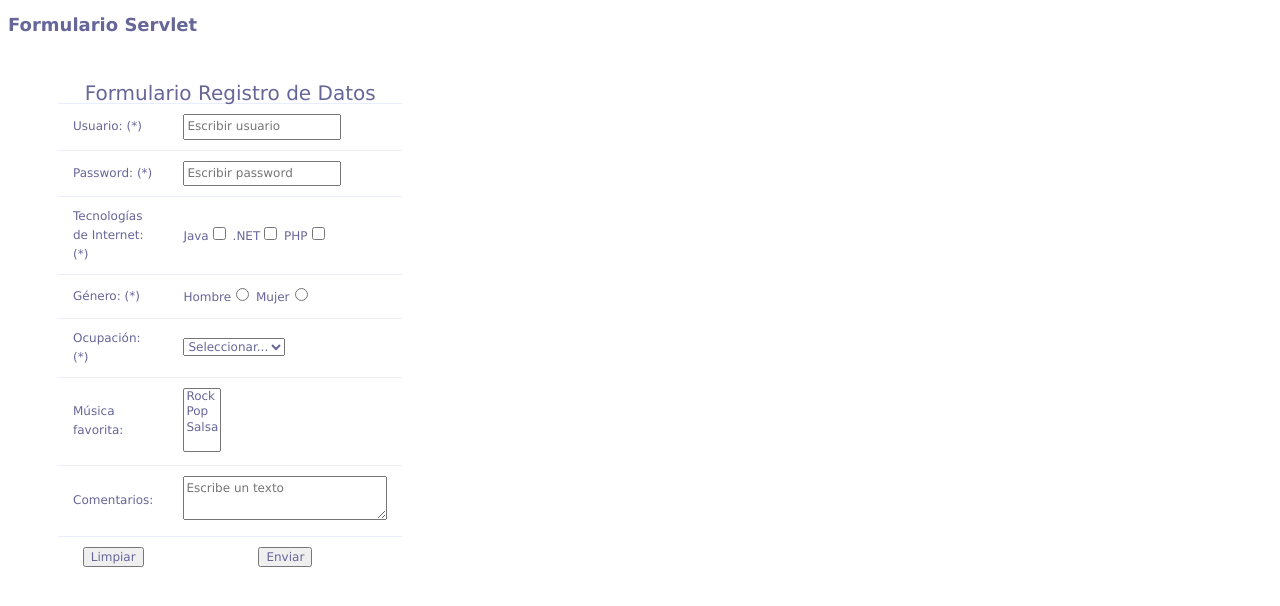
Repository: SRubiRosales/JavaBasico
Page: http://localhost/ManejoFormulariosHTML/
An editor plug-in stored every save of this project. The page is shown before and after the next save, followed by the edit.
The browser window is 1280 px wide. The pictures show the whole page.
The page is served by Tomcat 9.

Above is the page before, as saved 2022-04-25 22:44:34.

### ManejoFormulariosHTML/src/main/webapp/index.jsp
<!DOCTYPE html>
<html>
	<head>
		<title>Ejercicio Formulario</title>
		<meta http-equiv="Content-Type" content="text/html; charset=UTF-8">
		<link rel="stylesheet" type="text/css" href="resources/styles.css">
		<script type="text/javascript" src="resources/functions.js"></script>
	</head>
	<body>
		<h2>Formulario Servlet</h2>
		<form name="form1" action="servlet" method="POST" onSubmit="return validarForma(this)"><!-- El formulario responde al servlet del action -->
			<input type="hidden" name="oculto" value="valorOculto"></input>
			<table width="200" id="enfasis-columna">
				<caption>Formulario Registro de Datos</caption>
				<tr>
					<td class="columna">Usuario: (*)</td>
					<td>
						<input class="default" type="text" name="usuario" placeholder="Escribir usuario"></input>
					</td>
				</tr>
				<tr>
					<td class="columna">Password: (*)</td>
					<td>
						<input class="default" type="password" name="password" placeholder="Escribir password"></input>
					</td>
				</tr>
				<tr>
					<td class="columna">Tecnologías de Internet: (*)</td>
					<td>
						<span>Java<input type="checkbox" name="tecnologia" value="java"/></span>
						<span>.NET<input type="checkbox" name="tecnologia" value="net"/></span>
						<span>PHP<input type="checkbox" name="tecnologia" value="php"/></span>
					</td>
				</tr>
				<tr>
					<td class="columna">Género: (*)</td>
					<td>
						Hombre<input type="radio" name="genero" value="H"/>
						Mujer<input type="radio" name="genero" value="M"/>
					</td>
				</tr>
				<tr>
					<td class="columna">Ocupación: (*)</td>
					<td>
						<select name="ocupacion" class="default">
							<option value="">Seleccionar...</option>
							<option value="1">Profesor</option>
							<option value="2">Ingeniero</option>
							<option value="3">Jubilado</option>
							<option value="4">Otro</option>
						</select>
					</td>
				</tr>
				<tr>
					<td class="columna">Música favorita:</td>
					<td>
						<select name="musica" multiple class="default">
							<option value="rock">Rock</option>
							<option value="pop">Pop</option>
							<option value="salsa">Salsa</option>
						</select>
					</td>
				</tr>
				<tr>
					<td class="columna">Comentarios:</td>
					<td>
						<textarea rows="2" cols="30" name="comentarios" class="default" placeholder="Escribe un texto"></textarea>
					</td>
				</tr>
				<tr style="text-align: center;">
					<td>
						<input type="reset" value="Limpiar" class="default"/>
					</td>
					<td>
						<input type="submit" value="Enviar" class="default"/>
					</td>
				</tr>
			</table>
		</form>
	</body>
</html>

### ManejoFormulariosHTML/src/main/webapp/resources/styles.css
body, .default {
	line-height: 1.6em;
	font-family: "Lucida Sans Unicode", "Sans-Serif";
	font-size: 12px;
	color: #669;
}
 #enfasis-columna {
 	margin: 50px;
 	text-align: left;
 	border-collapse: collapse;
 }

 #enfasis-columna caption {
 	font-size: 20px;
 }

 #enfasis-columna th {
 	font-size: 14px;
 	font-weight: bolder;
 	padding: 12px 15px;
 	color: #039;
 }

 #enfasis-columna td {
 	padding: 10px 15px;
 	color: #669;
 	border-top: 1px solid #e8edff;
 }

Loaded but not shown: ManejoFormulariosHTML/src/main/webapp/resources/functions.js (common file)

After the next save:
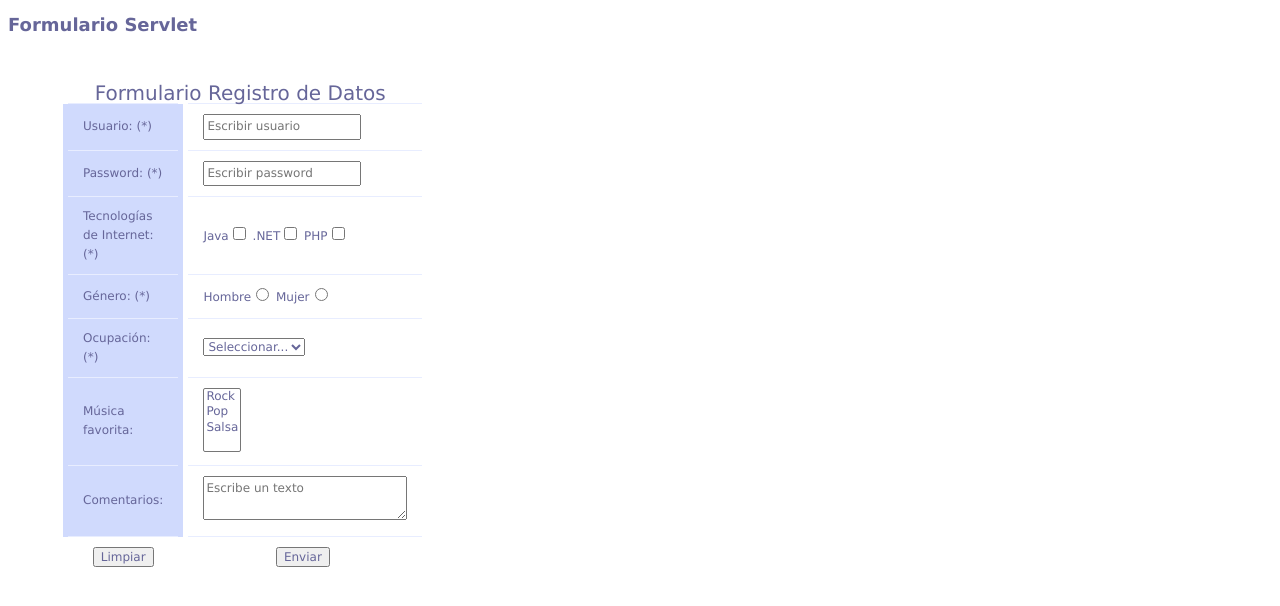
Saved 87 s later.
--- a/ManejoFormulariosHTML/src/main/webapp/resources/styles.css
+++ b/ManejoFormulariosHTML/src/main/webapp/resources/styles.css
@@ -26,3 +26,9 @@ body, .default {
  	color: #669;
  	border-top: 1px solid #e8edff;
  }
+
+ .columna{
+ 	background: #d0dafd;
+ 	border-right: 10px solid transparent;
+ 	border-left: 10px solid transparent;
+ }
